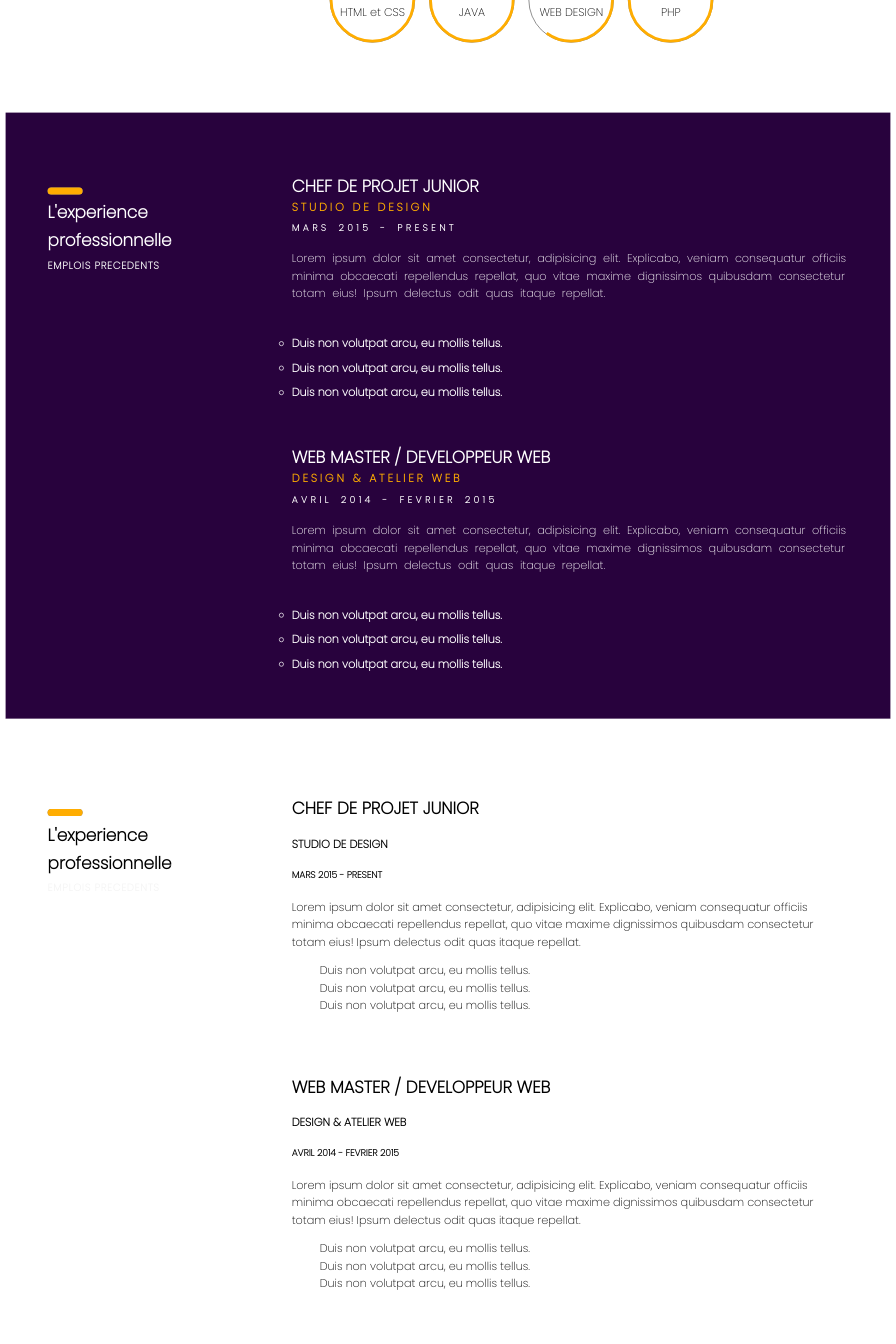
Repository: wadelfadill/CV_PORTFOLIO
Page: index.html
The author's editor kept a copy of each file at every save. The page is drawn from the files as they stood at one save, then again after the next save.
The browser window is 1280 px wide. The pictures show the part of the page from y = 3167 to 5087 px (the page is 5087 px tall before and 4968 px after), at 70% of full size.
Some icons come from a web library that is not loaded, so they are not drawn. Backgrounds fixed to the window are drawn as part of the page.

Above is the page before, as saved 2023-03-16 12:35:31.

After the next save:
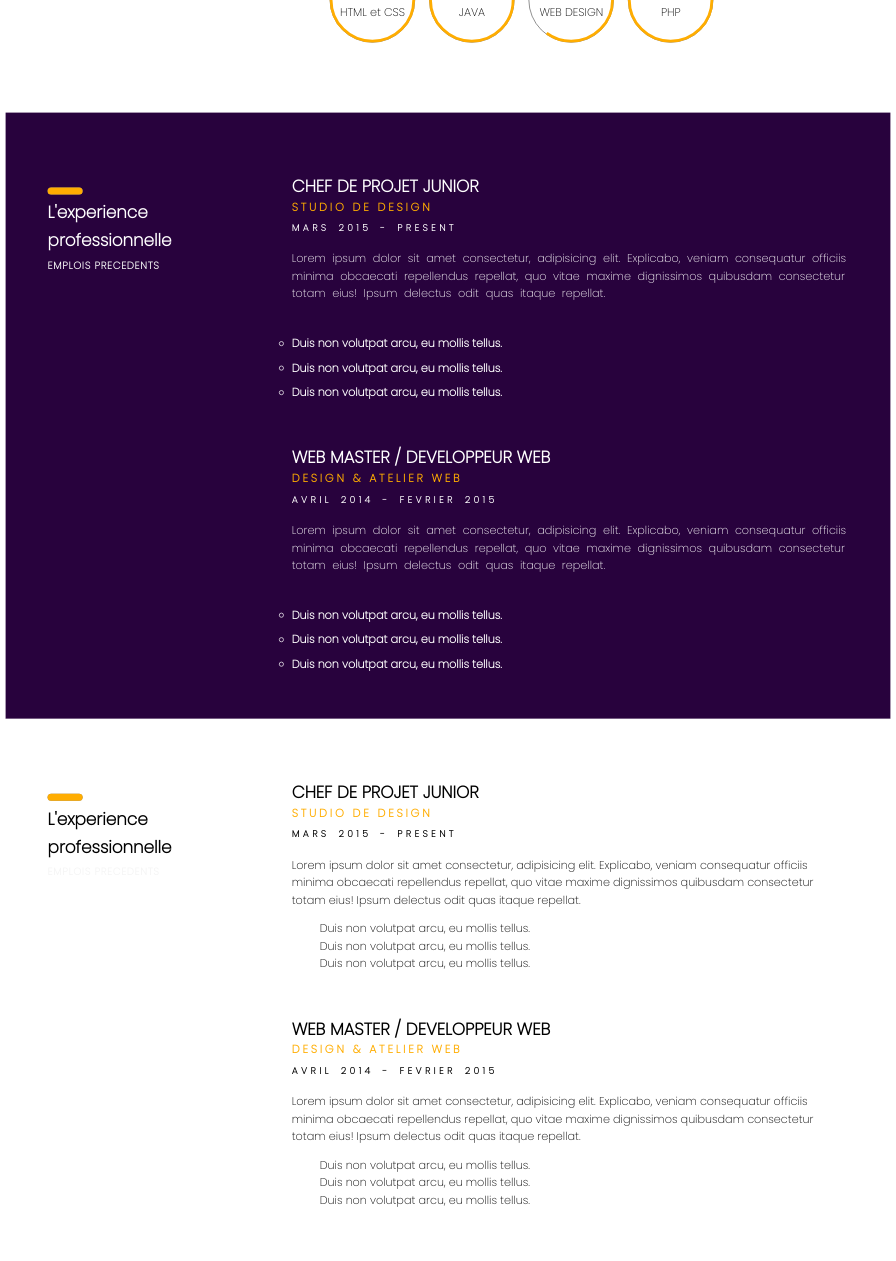
Saved 62 s later.
--- a/style.css
+++ b/style.css
@@ -478,22 +478,22 @@ svg{
 .title-exp-pro, .title-education{
     line-height: 30px;
 }
-.exp-pro-content{
+.exp-pro-content, .education-content{
     display: flex;
     flex-direction: column;
     justify-content: space-between;
     gap: 50px;
 }
-.exp-1 h2, .exp-1 h4, .exp-1 h5{
+.exp-1 h2, .exp-1 h4, .exp-1 h5, .edu-1 h2, .edu-1 h4, .edu-1 h5{
     margin: 0;
     padding: 0;
     line-height: 30px;
 }
-.exp-1 h4{
+.exp-1 h4, .edu-1 h4{
     color: #FFAD01;
     letter-spacing: 4px;
 }
-.exp-1 h5{
+.exp-1 h5, .edu-1 h5{
     word-spacing: 4px;
     letter-spacing: 5px;
 }
